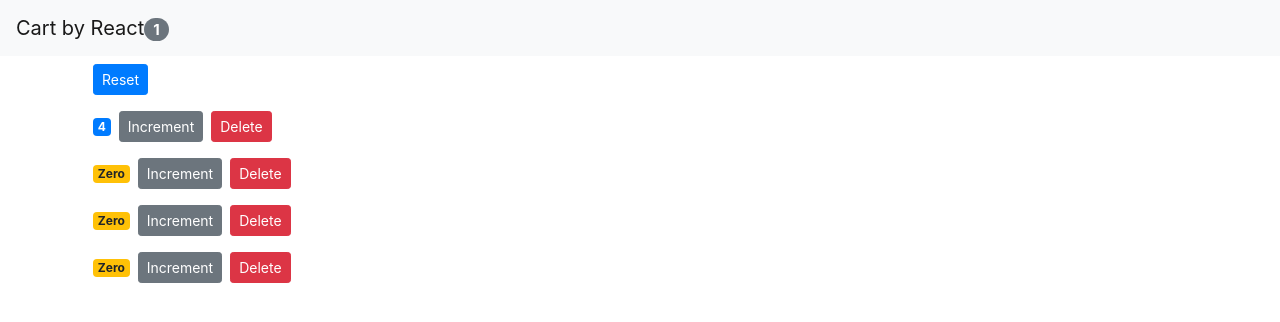
Repository: smk87/First-React-App
Page: /
An editor plug-in stored every save of this project. The page is shown before and after the next save, followed by the edit.
The browser window is 1280 px wide. The pictures show the whole page.
The project was rebuilt for these pictures with package versions that can differ from the ones it lists, and the page was loaded fresh each time. Also part of the build but not shown: src/App.css.

Above is the page before, as saved 2019-01-06 13:55:11.

### public/index.html
<!DOCTYPE html>
<html lang="en">
  <head>
    <meta charset="utf-8" />
    <link rel="shortcut icon" href="%PUBLIC_URL%/favicon.ico" />
    <meta
      name="viewport"
      content="width=device-width, initial-scale=1, shrink-to-fit=no"
    />
    <meta name="theme-color" content="#000000" />
    <!--
      manifest.json provides metadata used when your web app is added to the
      homescreen on Android. See https://developers.google.com/web/fundamentals/web-app-manifest/
    -->
    <link rel="manifest" href="%PUBLIC_URL%/manifest.json" />
    <!--
      Notice the use of %PUBLIC_URL% in the tags above.
      It will be replaced with the URL of the `public` folder during the build.
      Only files inside the `public` folder can be referenced from the HTML.

      Unlike "/favicon.ico" or "favicon.ico", "%PUBLIC_URL%/favicon.ico" will
      work correctly both with client-side routing and a non-root public URL.
      Learn how to configure a non-root public URL by running `npm run build`.
    -->
    <title>Cart by React</title>
  </head>
  <body>
    <noscript>You need to enable JavaScript to run this app.</noscript>
    <div id="root"></div>
    <!--
      This HTML file is a template.
      If you open it directly in the browser, you will see an empty page.

      You can add webfonts, meta tags, or analytics to this file.
      The build step will place the bundled scripts into the <body> tag.

      To begin the development, run `npm start` or `yarn start`.
      To create a production bundle, use `npm run build` or `yarn build`.
    -->
  </body>
</html>

### src/App.js
import React, { Component } from "react";
import logo from "./logo.svg";
import "./App.css";
import NavBar from "./components/navbar";
import Counters from "./components/counters";

class App extends Component {
  state = {
    counters: [
      { id: 1, value: 4 },
      { id: 2, value: 0 },
      { id: 3, value: 0 },
      { id: 4, value: 0 }
    ]
  };

  handleDelete = counterId => {
    const counters = this.state.counters.filter(c => c.id !== counterId);
    this.setState({ counters });
  };

  handleReset = () => {
    const reset = this.state.counters.map(c => {
      c.value = 0;
      return c;
    });
    this.setState({ reset });
  };

  handleIncrement = counter => {
    console.log(counter);

    const counters = [...this.state.counters];
    const index = counters.indexOf(counter);
    counters[index] = { ...counter };
    counters[index].value++;
    this.setState({ counters });
  };

  render() {
    return (
      <React.Fragment>
        <NavBar
          totalCounters={this.state.counters.filter(c => c.value > 0).length}
        />
        <main className="container">
          <Counters
            counters={this.state.counters}
            onReset={this.handleReset}
            onIncrement={this.handleIncrement}
            onDelete={this.handleDelete}
          />
        </main>
      </React.Fragment>
    );
  }
}

export default App;

### src/components/navbar.jsx
import React, { Component } from "react";

class NavBar extends Component {
  //state = {};
  render() {
    return (
      <nav className="navbar navbar-light bg-light">
        <a className="navbar-brand" href="#">
          Cart by React<a />
          <span className="badge badge-pill badge-secondary">
            {this.props.totalCounters}
          </span>
        </a>
      </nav>
    );
  }
}

export default NavBar;

### src/components/counters.jsx
import React, { Component } from "react";
import Counter from "./counter";

class Counters extends Component {
  render() {
    return (
      <div>
        <button
          onClick={this.props.onReset}
          className="btn btn-primary btn-sm m-2"
        >
          Reset
        </button>

        {this.props.counters.map(counter => (
          <Counter
            onDelete={this.props.onDelete}
            onIncrement={this.props.onIncrement}
            key={counter.id}
            counter={counter}
          />
        ))}
      </div>
    );
  }
}

export default Counters;

### src/components/counter.jsx
import React, { Component } from "react";

class Counter extends Component {
  render() {
    return (
      <div>
        <span className={this.getBadgeClasses()}>{this.formatCount()}</span>
        <button
          onClick={() => this.props.onIncrement(this.props.counter)}
          className="btn btn-secondary btn-sm"
        >
          Increment
        </button>
        <button
          onClick={() => this.props.onDelete(this.props.counter.id)}
          className="btn btn-danger btn-sm m-2"
        >
          Delete
        </button>
      </div>
    );
  }

  getBadgeClasses() {
    let classes = "badge m-2 badge-";
    classes += this.props.counter.value === 0 ? "warning" : "primary";
    return classes;
  }

  formatCount() {
    const { value: count } = this.props.counter;
    return count === 0 ? "Zero" : count;
  }
}

export default Counter;

Loaded but not shown: src/index.js (common file); src/index.css (common file); src/serviceWorker.js (common file)

After the next save:
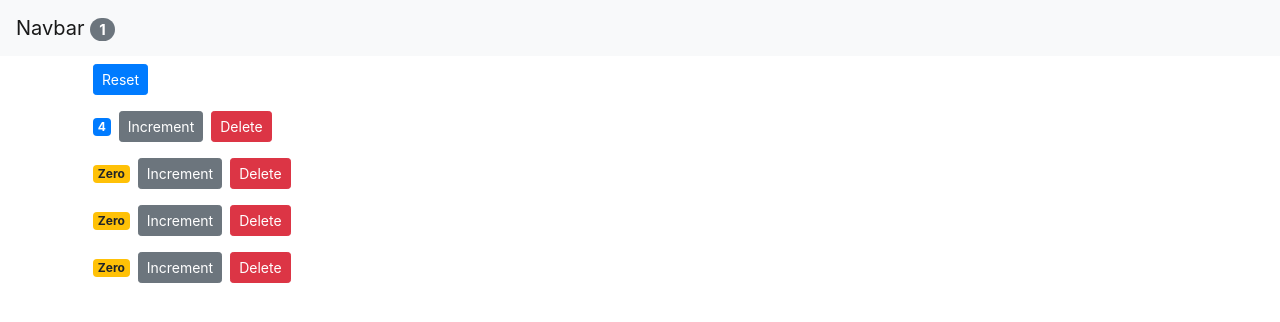
Saved 9 s later.
--- a/src/components/navbar.jsx
+++ b/src/components/navbar.jsx
@@ -6,7 +6,7 @@ class NavBar extends Component {
     return (
       <nav className="navbar navbar-light bg-light">
         <a className="navbar-brand" href="#">
-          Cart by React<a />
+          Navbar{" "}
           <span className="badge badge-pill badge-secondary">
             {this.props.totalCounters}
           </span>
